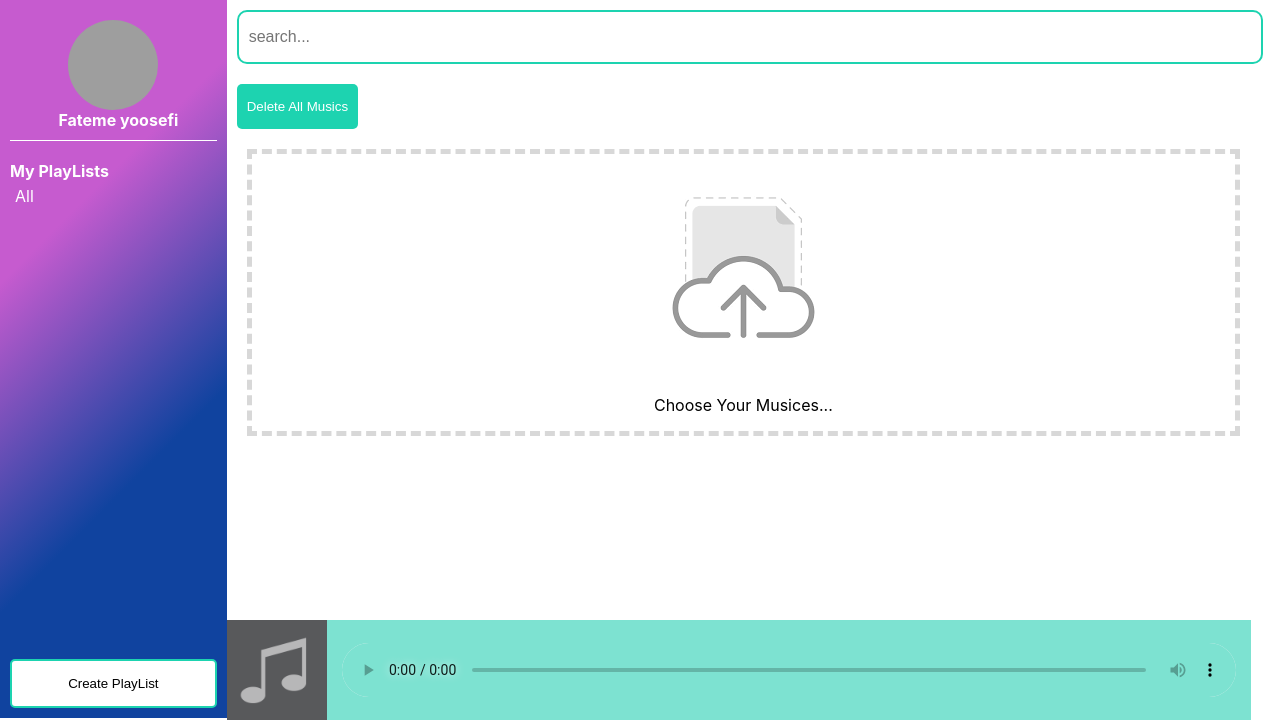
Repository: fateme81yosefi/musicPlayer
Page: /
These files come from the project's save history. The page is drawn as it stood at one moment and after a run of saves; the edit follows.
The browser window is 1280 px wide. The pictures show the whole page.
Pictures or frames that could not be fetched are drawn as grey boxes. The project was rebuilt for these pictures with package versions that can differ from the ones it lists, and the page was loaded fresh each time.

Above is the page before, as saved 2025-06-28 13:46:55.

After the next 3 saves:
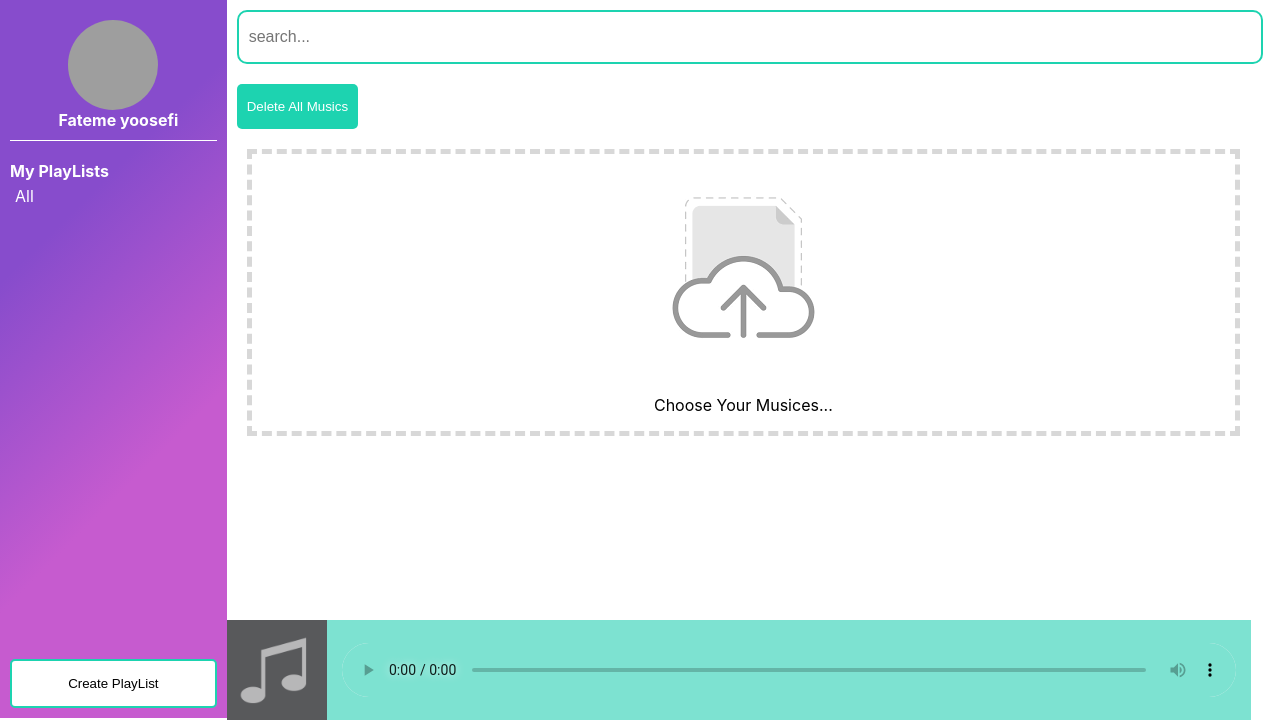
The 3 saves are shown as one change because they came seconds apart.
The last was saved 9 s later.
--- a/src/Components/MainPage/MainPage.css
+++ b/src/Components/MainPage/MainPage.css
@@ -6,10 +6,10 @@
 .leftMenue {
   background: linear-gradient(
     135deg,
-    #C65BCF 0%,
-    #C65BCF 30%,
-    #10439F 65%,
-    #10439F 100%
+    #874CCC 0%,
+    #874CCC 30%,
+    #C65BCF 65%,
+    #C65BCF 100%
   );
   width: 20%;
   height: 97vh;
